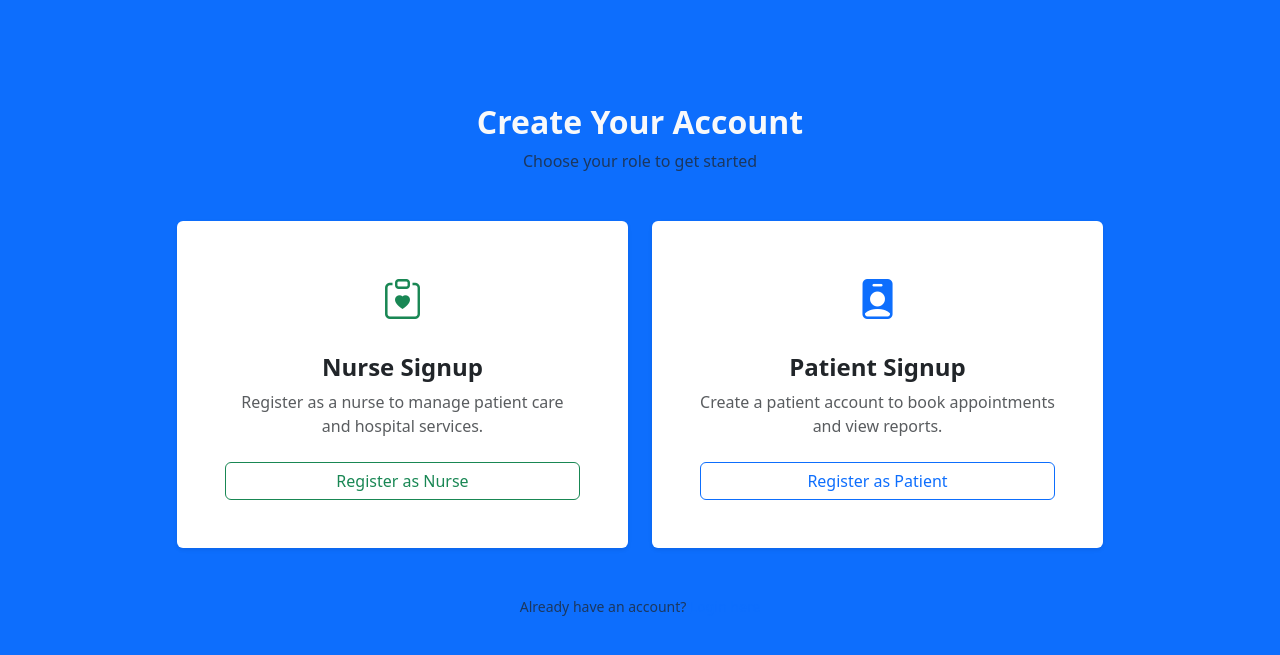
Repository: Rajasekaran0415/LifeCare-Management-System
Page: Project/signup.html
An editor plug-in stored every save of this project. The page is shown before and after the next save, followed by the edit.
The browser window is 1280 px wide. The pictures show the whole page.

Above is the page before, as saved 2025-12-26 21:40:14.

After the next save:
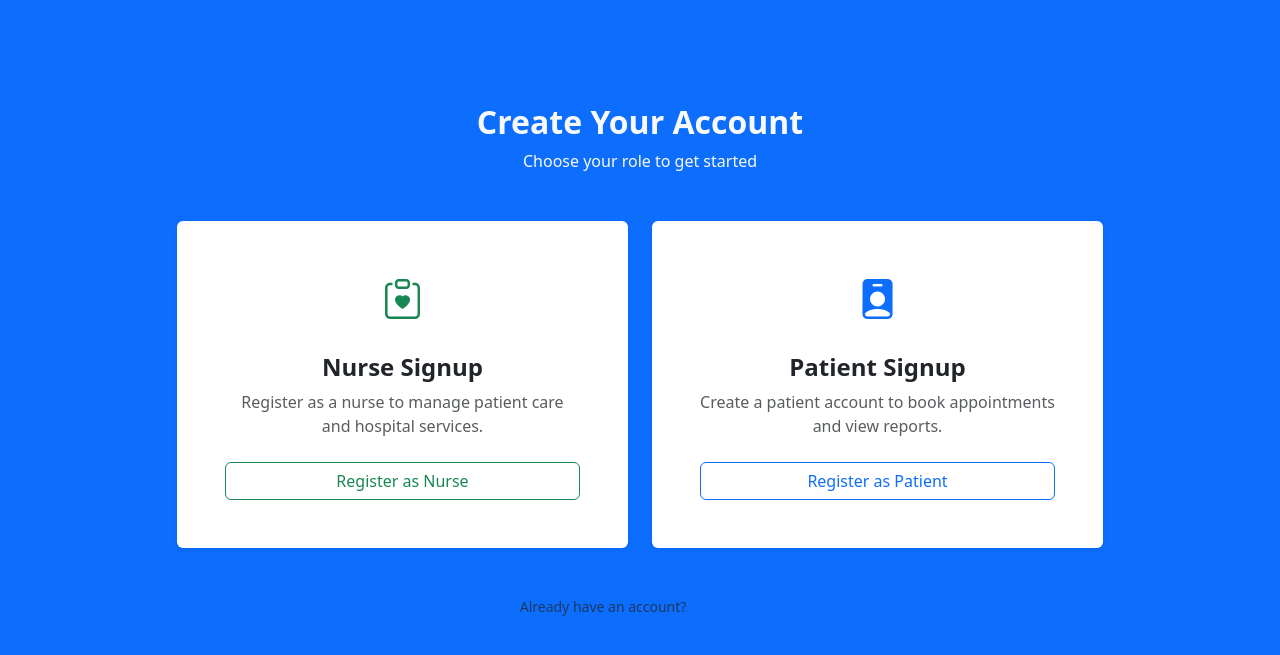
Saved 16 s later.
--- a/Project/signup.html
+++ b/Project/signup.html
@@ -18,7 +18,7 @@
     <!-- Header -->
     <div class="text-center mb-5">
       <h2 class="fw-bold text-light">Create Your Account</h2>
-      <p class="text-muted">Choose your role to get started</p>
+      <p class="text-light">Choose your role to get started</p>
     </div>
 
     <!-- Signup Cards -->
